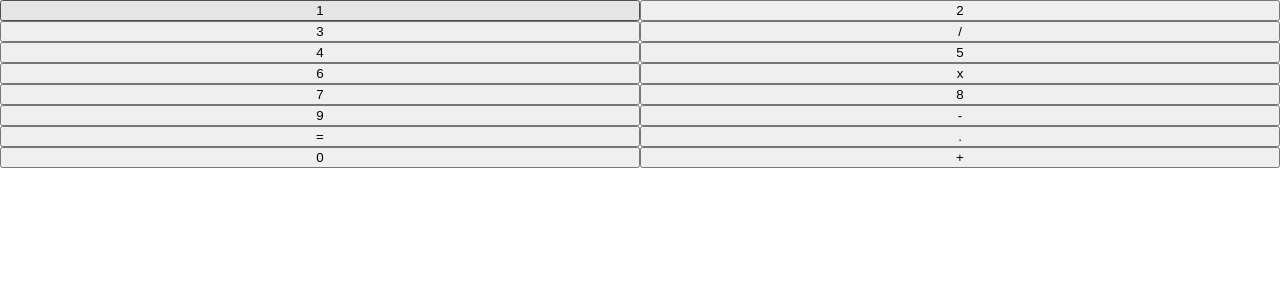
Repository: hoangphuong965/calculator_react
Page: /
These files come from the project's save history. The page is drawn as it stood at one moment and after the next save; the edit follows.
The browser window is 1280 px wide. The pictures show the whole page.
The project was rebuilt for these pictures with package versions that can differ from the ones it lists, and the page was loaded fresh each time.

Above is the page before, as saved 2020-08-04 08:05:31.

After the next save:
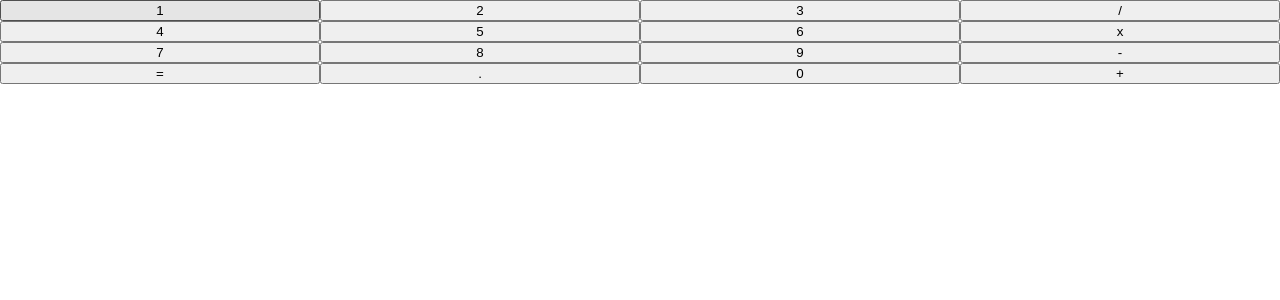
Saved 9 s later.
--- a/src/App.css
+++ b/src/App.css
@@ -41,5 +41,5 @@
 
 .key-number{
   display: grid;
-  grid-template-columns: 1fr 1fr ;
+  grid-template-columns: 1fr 1fr 1fr 1fr;
 }
